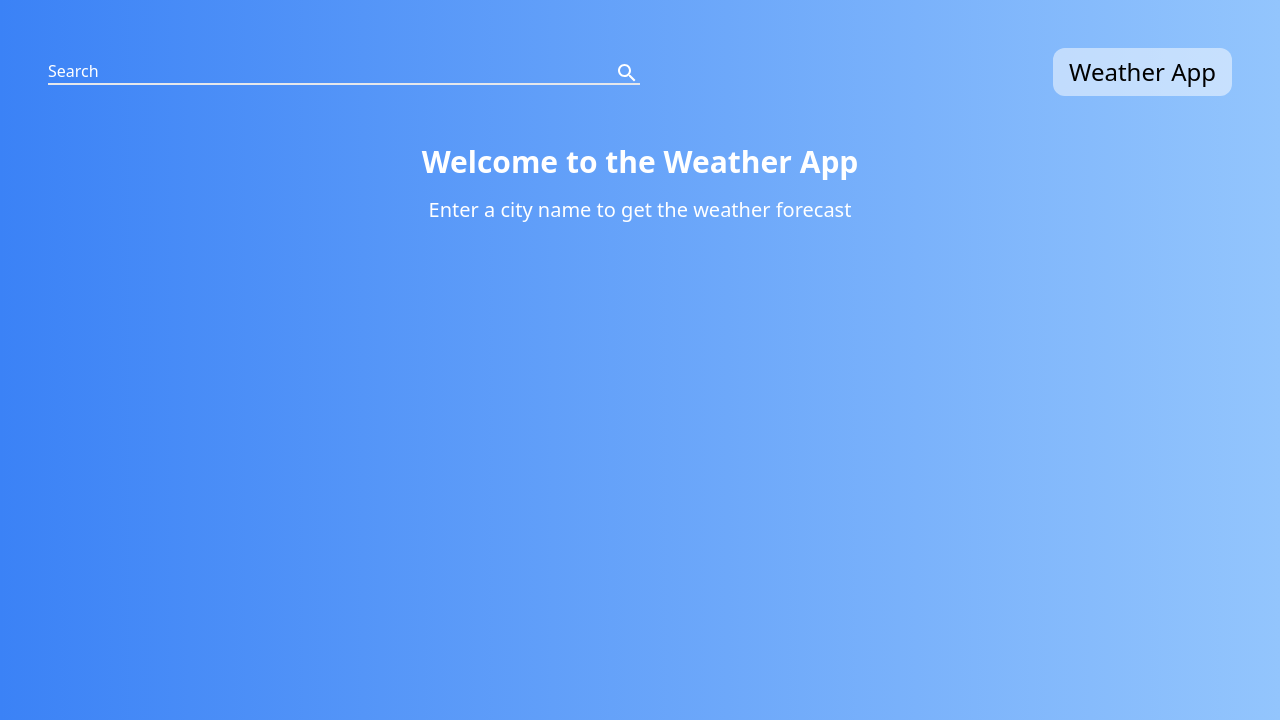
Repository: DevAntonioRogers/react-weatherapp-v2
Page: /
These files come from the project's save history. The page is drawn as it stood at one moment and after the next save; the edit follows.
The browser window is 1280 px wide. The pictures show the whole page.
The project was rebuilt for these pictures with package versions that can differ from the ones it lists, and the page was loaded fresh each time. The framework's server and built-in components were replaced by stand-ins that run in the browser. Also part of the build but not shown: next.config.js, app/utils/currentDate.tsx, app/components/Current.tsx, app/components/WeekForecast.tsx. Imported but missing from the stored project, and not drawn on this page: app/components/WeatherDetails.

Above is the page before, as saved 2023-05-21 01:46:51.

After the next save:
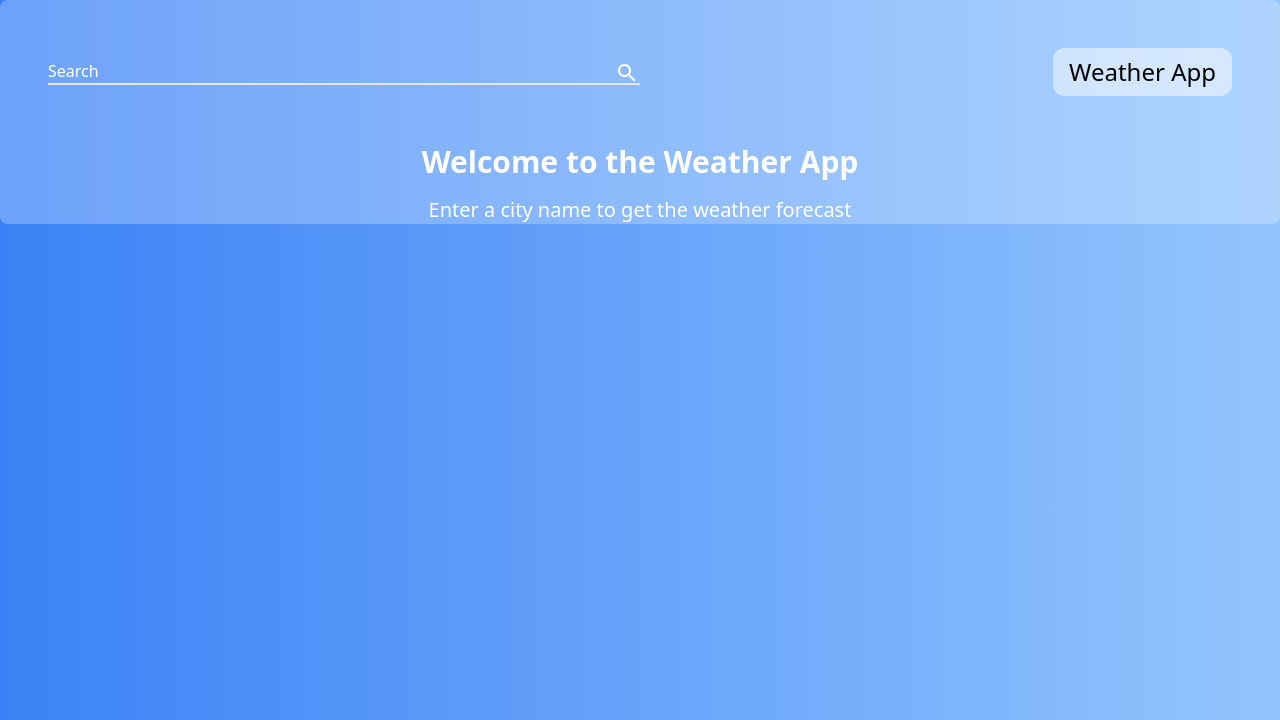
Saved 26 s later.
--- a/app/page.tsx
+++ b/app/page.tsx
@@ -62,7 +62,7 @@ export default function Home() {
 
   return (
     <div className="bg-cover bg-gradient-to-r from-blue-500 to-blue-300 h-screen">
-      <div className="w-full rounded-lg flex flex-col h-fit">
+      <div className="bg-white/25 w-full rounded-lg flex flex-col h-fit">
         <div className="flex flex-col md:flex-row justify-between items-center p-12">
           <Input handleSearch={handleSearch} location={location} setLocation={setLocation} />
           <h1 className="mb-8 md:mb-0 order-1 bg-white/50 text-2xl py-2 px-4 rounded-xl">Weather App</h1>
